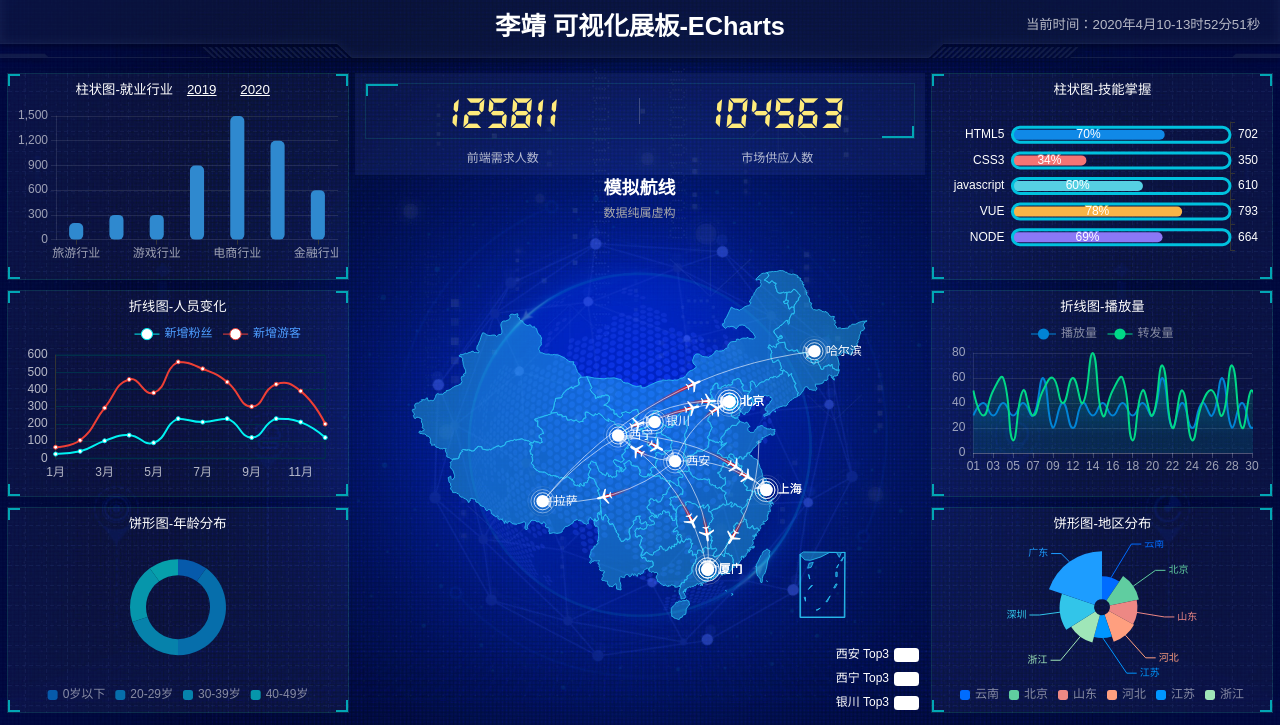
Repository: Jasonlee6789/ECharts
Page: Echarts/index.html
The author's editor kept a copy of each file at every save. The page is drawn from the files as they stood at one save, then again after the next save.
The browser window is 1280 px wide. The pictures show the whole page.
The style sheet was rebuilt from its Sass, Less or Tailwind sources for each picture, by a compiler version that may differ from the author's.

Above is the page before, as saved 2020-05-22 13:36:29.

### Echarts/index.html
<!DOCTYPE html>
<html lang="en">

<head>
    <meta charset="UTF-8" />
    <meta name="viewport" content="width=device-width, initial-scale=1.0" />
    <title>Document</title>
    <link rel="stylesheet" href="css/index.css" />
</head>

<body>
    <header>
        <h1>李靖 可视化展板-ECharts</h1>
        <div class="showTime">当前时间：2020年3月17-0时54分14秒</div>
        <script>
            var t = null;
            t = setTimeout(time, 1000); //開始运行
            function time() {
                clearTimeout(t); //清除定时器
                dt = new Date();
                var y = dt.getFullYear();
                var mt = dt.getMonth() + 1;
                var day = dt.getDate();
                var h = dt.getHours(); //获取时
                var m = dt.getMinutes(); //获取分
                var s = dt.getSeconds(); //获取秒
                document.querySelector(".showTime").innerHTML =
                    "当前时间：" +
                    y +
                    "年" +
                    mt +
                    "月" +
                    day +
                    "-" +
                    h +
                    "时" +
                    m +
                    "分" +
                    s +
                    "秒";
                t = setTimeout(time, 1000); //设定定时器，循环运行
            }
        </script>
    </header>
    <section class="mainbox">
        <div class="column">
            <div class="panel bar">
                <h2>
                    柱状图-就业行业 <a href="javascript:;">2019</a>
                    <a href="javacript:;"> 2020</a>
                </h2>
                <div class="chart"></div>
                <div class="panel-footer"></div>
            </div>
            <div class="panel line">
                <h2>折线图-人员变化</h2>
                <div class="chart"></div>
                <div class="panel-footer"></div>
            </div>
            <div class="panel pie">
                <h2>饼形图-年龄分布</h2>
                <div class="chart"></div>
                <div class="panel-footer"></div>
            </div>
        </div>
        <div class="column">
            <div class="no">
                <div class="no-hd">
                    <ul>
                        <li>125811</li>
                        <li>104563</li>
                    </ul>
                </div>
                <div class="no-bd">
                    <ul>
                        <li>前端需求人数</li>
                        <li>市场供应人数</li>
                    </ul>
                </div>
            </div>
            <div class="map">
                <div class="chart"></div>
                <div class="map1"></div>
                <div class="map2"></div>
                <div class="map3"></div>
            </div>
        </div>
        <div class="column">
            <div class="panel bar1">
                <h2>柱状图-技能掌握</h2>
                <div class="chart"></div>
                <div class="panel-footer"></div>
            </div>
            <div class="panel line1">
                <h2>折线图-播放量</h2>
                <div class="chart"></div>
                <div class="panel-footer"></div>
            </div>
            <div class="panel pie1">
                <h2>饼形图-地区分布</h2>
                <div class="chart"></div>
                <div class="panel-footer"></div>
            </div>
        </div>
    </section>
    <script src="js/flexible.js"></script>
    <script src="js/jquery.js"></script>
    <script src="js/echarts.min.js"></script>
    <script src="js/index.js"></script>
    <script src="js/china.js"></script>
    <script src="js/myMap.js"></script>
</body>

</html>

### Echarts/js/flexible.js
(function flexible(window, document) {
    var docEl = document.documentElement;
    var dpr = window.devicePixelRatio || 1;

    // adjust body font size
    function setBodyFontSize() {
        if (document.body) {
            document.body.style.fontSize = 12 * dpr + "px";
        } else {
            document.addEventListener("DOMContentLoaded", setBodyFontSize);
        }
    }
    setBodyFontSize();

    // set 1rem = viewWidth / 10 （默认屏幕划分10等份 1920/24=80）
    function setRemUnit() {
        var rem = docEl.clientWidth / 24;
        docEl.style.fontSize = rem + "px";
    }

    setRemUnit();

    // reset rem unit on page resize
    window.addEventListener("resize", setRemUnit);
    window.addEventListener("pageshow", function (e) {
        if (e.persisted) {
            setRemUnit();
        }
    });

    // detect 0.5px supports
    if (dpr >= 2) {
        var fakeBody = document.createElement("body");
        var testElement = document.createElement("div");
        testElement.style.border = ".5px solid transparent";
        fakeBody.appendChild(testElement);
        docEl.appendChild(fakeBody);
        if (testElement.offsetHeight === 1) {
            docEl.classList.add("hairlines");
        }
        docEl.removeChild(fakeBody);
    }
})(window, document);

### Echarts/js/myMap.js
(function () {
    // 1. 实例化对象
    var myChart = echarts.init(document.querySelector(".map .chart"));
    // 2. 指定配置和数据
    // 2. 指定配置和数据
    var geoCoordMap = {
        上海: [121.4648, 31.2891],
        东莞: [113.8953, 22.901],
        东营: [118.7073, 37.5513],
        中山: [113.4229, 22.478],
        临汾: [111.4783, 36.1615],
        临沂: [118.3118, 35.2936],
        丹东: [124.541, 40.4242],
        丽水: [119.5642, 28.1854],
        乌鲁木齐: [87.9236, 43.5883],
        佛山: [112.8955, 23.1097],
        保定: [115.0488, 39.0948],
        兰州: [103.5901, 36.3043],
        包头: [110.3467, 41.4899],
        北京: [116.4551, 40.2539],
        北海: [109.314, 21.6211],
        南京: [118.8062, 31.9208],
        南宁: [108.479, 23.1152],
        南昌: [116.0046, 28.6633],
        南通: [121.1023, 32.1625],
        厦门: [118.1689, 24.6478],
        台州: [121.1353, 28.6688],
        合肥: [117.29, 32.0581],
        呼和浩特: [111.4124, 40.4901],
        咸阳: [108.4131, 34.8706],
        哈尔滨: [127.9688, 45.368],
        唐山: [118.4766, 39.6826],
        嘉兴: [120.9155, 30.6354],
        大同: [113.7854, 39.8035],
        大连: [122.2229, 39.4409],
        天津: [117.4219, 39.4189],
        太原: [112.3352, 37.9413],
        威海: [121.9482, 37.1393],
        宁波: [121.5967, 29.6466],
        宝鸡: [107.1826, 34.3433],
        宿迁: [118.5535, 33.7775],
        常州: [119.4543, 31.5582],
        厦门: [113.5107, 23.2196],
        廊坊: [116.521, 39.0509],
        延安: [109.1052, 36.4252],
        张家口: [115.1477, 40.8527],
        徐州: [117.5208, 34.3268],
        德州: [116.6858, 37.2107],
        惠州: [114.6204, 23.1647],
        成都: [103.9526, 30.7617],
        扬州: [119.4653, 32.8162],
        承德: [117.5757, 41.4075],
        拉萨: [91.1865, 30.1465],
        无锡: [120.3442, 31.5527],
        日照: [119.2786, 35.5023],
        昆明: [102.9199, 25.4663],
        杭州: [119.5313, 29.8773],
        枣庄: [117.323, 34.8926],
        柳州: [109.3799, 24.9774],
        株洲: [113.5327, 27.0319],
        武汉: [114.3896, 30.6628],
        汕头: [117.1692, 23.3405],
        江门: [112.6318, 22.1484],
        沈阳: [123.1238, 42.1216],
        沧州: [116.8286, 38.2104],
        河源: [114.917, 23.9722],
        泉州: [118.3228, 25.1147],
        泰安: [117.0264, 36.0516],
        泰州: [120.0586, 32.5525],
        济南: [117.1582, 36.8701],
        济宁: [116.8286, 35.3375],
        海口: [110.3893, 19.8516],
        淄博: [118.0371, 36.6064],
        淮安: [118.927, 33.4039],
        深圳: [114.5435, 22.5439],
        清远: [112.9175, 24.3292],
        温州: [120.498, 27.8119],
        渭南: [109.7864, 35.0299],
        湖州: [119.8608, 30.7782],
        湘潭: [112.5439, 27.7075],
        滨州: [117.8174, 37.4963],
        潍坊: [119.0918, 36.524],
        烟台: [120.7397, 37.5128],
        玉溪: [101.9312, 23.8898],
        珠海: [113.7305, 22.1155],
        盐城: [120.2234, 33.5577],
        盘锦: [121.9482, 41.0449],
        石家庄: [114.4995, 38.1006],
        福州: [119.4543, 25.9222],
        秦皇岛: [119.2126, 40.0232],
        绍兴: [120.564, 29.7565],
        聊城: [115.9167, 36.4032],
        肇庆: [112.1265, 23.5822],
        舟山: [122.2559, 30.2234],
        苏州: [120.6519, 31.3989],
        莱芜: [117.6526, 36.2714],
        菏泽: [115.6201, 35.2057],
        营口: [122.4316, 40.4297],
        葫芦岛: [120.1575, 40.578],
        衡水: [115.8838, 37.7161],
        衢州: [118.6853, 28.8666],
        西宁: [101.4038, 36.8207],
        西安: [109.1162, 34.2004],
        贵阳: [106.6992, 26.7682],
        连云港: [119.1248, 34.552],
        邢台: [114.8071, 37.2821],
        邯郸: [114.4775, 36.535],
        郑州: [113.4668, 34.6234],
        鄂尔多斯: [108.9734, 39.2487],
        重庆: [107.7539, 30.1904],
        金华: [120.0037, 29.1028],
        铜川: [109.0393, 35.1947],
        银川: [106.3586, 38.1775],
        镇江: [119.4763, 31.9702],
        长春: [125.8154, 44.2584],
        长沙: [113.0823, 28.2568],
        长治: [112.8625, 36.4746],
        阳泉: [113.4778, 38.0951],
        青岛: [120.4651, 36.3373],
        韶关: [113.7964, 24.7028]
    };

    var XAData = [
        [{
            name: "西安"
        }, {
            name: "北京",
            value: 100
        }],
        [{
            name: "西安"
        }, {
            name: "上海",
            value: 100
        }],
        [{
            name: "西安"
        }, {
            name: "厦门",
            value: 100
        }],
        [{
            name: "西安"
        }, {
            name: "西宁",
            value: 100
        }],
        [{
            name: "西安"
        }, {
            name: "拉萨",
            value: 100
        }]
    ];

    var XNData = [
        [{
            name: "西宁"
        }, {
            name: "北京",
            value: 100
        }],
        [{
            name: "西宁"
        }, {
            name: "上海",
            value: 100
        }],
        [{
            name: "西宁"
        }, {
            name: "厦门",
            value: 100
        }],
        [{
            name: "西宁"
        }, {
            name: "西安",
            value: 100
        }],
        [{
            name: "西宁"
        }, {
            name: "银川",
            value: 100
        }]
    ];

    var YCData = [
        [{
            name: "拉萨"
        }, {
            name: "北京",
            value: 100
        }],
        [{
            name: "青岛"
        }, {
            name: "厦门",
            value: 100
        }],
        [{
            name: "拉萨"
        }, {
            name: "哈尔滨",
            value: 100
        }]
    ];

    var planePath =
        "path://M1705.06,1318.313v-89.254l-319.9-221.799l0.073-208.063c0.521-84.662-26.629-121.796-63.961-121.491c-37.332-0.305-64.482,36.829-63.961,121.491l0.073,208.063l-319.9,221.799v89.254l330.343-157.288l12.238,241.308l-134.449,92.931l0.531,42.034l175.125-42.917l175.125,42.917l0.531-42.034l-134.449-92.931l12.238-241.308L1705.06,1318.313z";
    //var planePath = 'arrow';
    var convertData = function (data) {
        var res = [];
        for (var i = 0; i < data.length; i++) {
            var dataItem = data[i];

            var fromCoord = geoCoordMap[dataItem[0].name];
            var toCoord = geoCoordMap[dataItem[1].name];
            if (fromCoord && toCoord) {
                res.push({
                    fromName: dataItem[0].name,
                    toName: dataItem[1].name,
                    coords: [fromCoord, toCoord],
                    value: dataItem[1].value
                });
            }
        }
        return res;
    };

    var color = ["#fff", "#fff", "#fff"]; //航线的颜色
    var series = [];
    [
        ["西安", XAData],
        ["西宁", XNData],
        ["银川", YCData]
    ].forEach(function (item, i) {
        series.push({
            name: item[0] + " Top3",
            type: "lines",
            zlevel: 1,
            effect: {
                show: true,
                period: 6,
                trailLength: 0.7,
                color: "red", //arrow箭头的颜色
                symbolSize: 3
            },
            lineStyle: {
                normal: {
                    color: color[i],
                    width: 0,
                    curveness: 0.2
                }
            },
            data: convertData(item[1])
        }, {
            name: item[0] + " Top3",
            type: "lines",
            zlevel: 2,
            symbol: ["none", "arrow"],
            symbolSize: 10,
            effect: {
                show: true,
                period: 6,
                trailLength: 0,
                symbol: planePath,
                symbolSize: 15
            },
            lineStyle: {
                normal: {
                    color: color[i],
                    width: 1,
                    opacity: 0.6,
                    curveness: 0.2
                }
            },
            data: convertData(item[1])
        }, {
            name: item[0] + " Top3",
            type: "effectScatter",
            coordinateSystem: "geo",
            zlevel: 2,
            rippleEffect: {
                brushType: "stroke"
            },
            label: {
                normal: {
                    show: true,
                    position: "right",
                    formatter: "{b}"
                }
            },
            symbolSize: function (val) {
                return val[2] / 8;
            },
            itemStyle: {
                normal: {
                    color: color[i]
                },
                emphasis: {
                    areaColor: "#2B91B7"
                }
            },
            data: item[1].map(function (dataItem) {
                return {
                    name: dataItem[1].name,
                    value: geoCoordMap[dataItem[1].name].concat([dataItem[1].value])
                };
            })
        });
    });
    var option = {
        tooltip: {
            trigger: "item",
            formatter: function (params, ticket, callback) {
                if (params.seriesType == "effectScatter") {
                    return "线路：" + params.data.name + "" + params.data.value[2];
                } else if (params.seriesType == "lines") {
                    return (
                        params.data.fromName +
                        ">" +
                        params.data.toName +
                        "<br />" +
                        params.data.value
                    );
                } else {
                    return params.name;
                }
            }
        },

        geo: {
            map: "china",
            label: {
                emphasis: {
                    show: true,
                    color: "#fff"
                }
            },
            roam: false,
            //   放大我们的地图
            zoom: 1,
            itemStyle: {
                normal: {
                    areaColor: "rgba(43, 196, 243, 0.42)",
                    borderColor: "rgba(43, 196, 243, 1)",
                    borderWidth: 1
                },
                emphasis: {
                    areaColor: "#2B91B7"
                }
            }
        },
        series: series
    };
    myChart.setOption(option);
    window.addEventListener("resize", function () {
        myChart.resize();
    });
})();

### Echarts/css/index.less
* {
    margin: 0;
    padding: 0;
    box-sizing: border-box;
}

li {
    list-style: none;
}

@font-face {
    font-family: electronicFont;
    src: url(../font/DS-DIGIT.TTF);
}

body {
    font-family: Arial, Helvetica, sans-serif;
    margin: 0;
    padding: 0;
    /*  背景图定位 / 背景图尺寸  cover 完全铺满容器  contain 完整显示在容器内 */
    background: url(../images/bg.jpg) no-repeat #000;
    background-size: cover;
    /* 行高是字体1.15倍 */
    line-height: 1.15;
}

header {
    position: relative;
    height: 1.25rem;
    background: url(../images/head_bg.png) no-repeat top center;
    background-size: 100% 100%;

    h1 {
        font-size: 0.475rem;
        color: #fff;
        text-align: center;
        line-height: 1rem;
    }

    .showTime {
        position: absolute;
        top: 0;
        right: 0.375rem;
        line-height: 0.9375rem;
        font-size: 0.25rem;
        color: rgba(255, 255, 255, 0.7);
    }
}

.mainbox {
    min-width: 1024px;
    max-width: 1920px;
    padding: 0.125rem 0.125rem 0;
    display: flex;

    .column {
        flex: 3;

        &:nth-child(2) {
            flex: 5;
            margin: 0 0.125rem 0.1875rem;
            overflow: hidden;
        }
    }
}

.panel {
    position: relative;
    height: 3.875rem;
    border: 1px solid rgba(25, 186, 139, 0.17);
    background: rgba(255, 255, 255, 0.04) url(../images/line\(1\).png);
    padding: 0 0.1875rem 0.5rem;
    margin-bottom: 0.1875rem;

    &::before {
        position: absolute;
        top: 0;
        left: 0;
        content: "";
        width: 10px;
        height: 10px;
        border-top: 2px solid #02a6b5;
        border-left: 2px solid #02a6b5;
    }

    &::after {
        position: absolute;
        top: 0;
        right: 0;
        content: "";
        width: 10px;
        height: 10px;
        border-top: 2px solid #02a6b5;
        border-right: 2px solid #02a6b5;
    }

    .panel-footer {
        position: absolute;
        left: 0;
        bottom: 0;
        width: 100%;

        &::before {
            position: absolute;
            bottom: 0;
            left: 0;
            content: "";
            width: 10px;
            height: 10px;
            border-bottom: 2px solid #02a6b5;
            border-left: 2px solid #02a6b5;
        }

        &::after {
            position: absolute;
            bottom: 0;
            right: 0;
            content: "";
            width: 10px;
            height: 10px;
            border-bottom: 2px solid #02a6b5;
            border-right: 2px solid #02a6b5;
        }
    }

    h2 {
        height: 0.6rem;
        line-height: 0.6rem;
        text-align: center;
        color: #fff;
        font-size: 0.25rem;
        font-weight: 400;

        a {
            margin: 0 0.1875rem;
            color: #fff;
            text-decoration: underline;
        }
    }

    .chart {
        height: 3rem;
    }
}

.no {
    background: rgba(101, 132, 226, 0.1);
    padding: 0.1875rem;

    .no-hd {
        position: relative;
        border: 1px solid rgba(25, 186, 139, 0.17);

        &::before {
            content: "";
            position: absolute;
            width: 30px;
            height: 10px;
            border-top: 2px solid #02a6b5;
            border-left: 2px solid #02a6b5;
            top: 0;
            left: 0;
        }

        &::after {
            content: "";
            position: absolute;
            width: 30px;
            height: 10px;
            border-bottom: 2px solid #02a6b5;
            border-right: 2px solid #02a6b5;
            right: 0;
            bottom: 0;
        }

        ul {
            display: flex;

            li {
                position: relative;
                flex: 1;
                text-align: center;
                height: 1rem;
                line-height: 1rem;
                font-size: 0.875rem;
                color: #ffeb7b;
                padding: 0.05rem 0;
                font-family: electronicFont;
                font-weight: bold;

                &:first-child::after {
                    content: "";
                    position: absolute;
                    height: 50%;
                    width: 1px;
                    background: rgba(255, 255, 255, 0.2);
                    right: 0;
                    top: 25%;
                }
            }
        }
    }

    .no-bd ul {
        display: flex;

        li {
            flex: 1;
            height: 0.5rem;
            line-height: 0.5rem;
            text-align: center;
            font-size: 0.225rem;
            color: rgba(255, 255, 255, 0.7);
            padding-top: 0.125rem;
        }
    }
}

.map {
    position: relative;
    height: 10.125rem;

    .chart {
        position: absolute;
        top: 0;
        left: 0;
        z-index: 5;
        height: 10.125rem;
        width: 100%;
    }

    .map1,
    .map2,
    .map3 {
        position: absolute;
        top: 50%;
        left: 50%;
        transform: translate(-50%, -50%);
        width: 6.475rem;
        height: 6.475rem;
        background: url(../images/map.png) no-repeat;
        background-size: 100% 100%;
        opacity: 0.3;
    }

    .map2 {
        width: 8.0375rem;
        height: 8.0375rem;
        background-image: url(../images/lbx.png);
        opacity: 0.6;
        animation: rotate 15s linear infinite;
        z-index: 2;
    }

    .map3 {
        width: 7.075rem;
        height: 7.075rem;
        background-image: url(../images/jt.png);
        animation: rotate1 10s linear infinite;
    }

    @keyframes rotate {
        from {
            transform: translate(-50%, -50%) rotate(0deg);
        }

        to {
            transform: translate(-50%, -50%) rotate(360deg);
        }
    }

    @keyframes rotate1 {
        from {
            transform: translate(-50%, -50%) rotate(0deg);
        }

        to {
            transform: translate(-50%, -50%) rotate(-360deg);
        }
    }
}

@media screen and (max-width: 1024px) {
    html {
        font-size: 42px !important;
    }
}

@media screen and (min-width: 1920) {
    html {
        font-size: 80px !important;
    }
}

Loaded but not shown: Echarts/js/jquery.js (library); Echarts/反余切/js/echarts.min.js (library); Echarts/js/china.js (library); Echarts/js/index.js (1166 lines, source omitted)

After the next save:
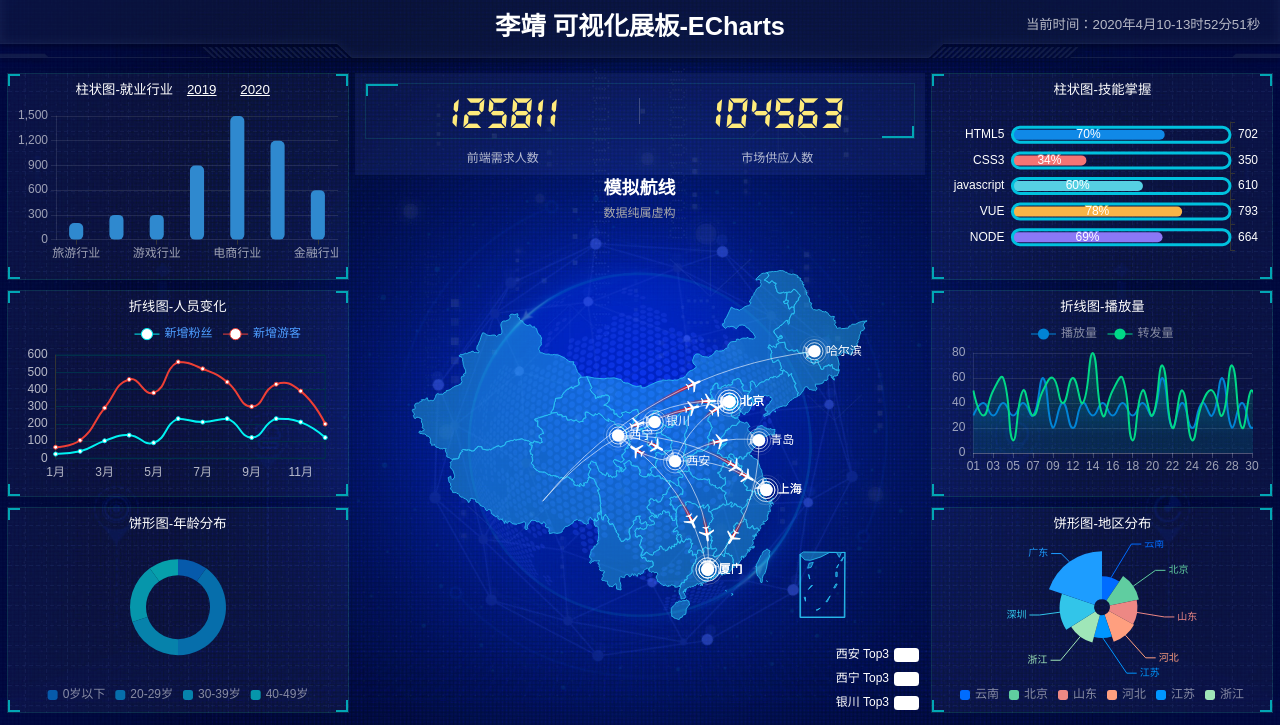
Saved 35 s later.
--- a/Echarts/js/myMap.js
+++ b/Echarts/js/myMap.js
@@ -148,7 +148,7 @@
         [{
             name: "西安"
         }, {
-            name: "拉萨",
+            name: "青岛",
             value: 100
         }]
     ];
